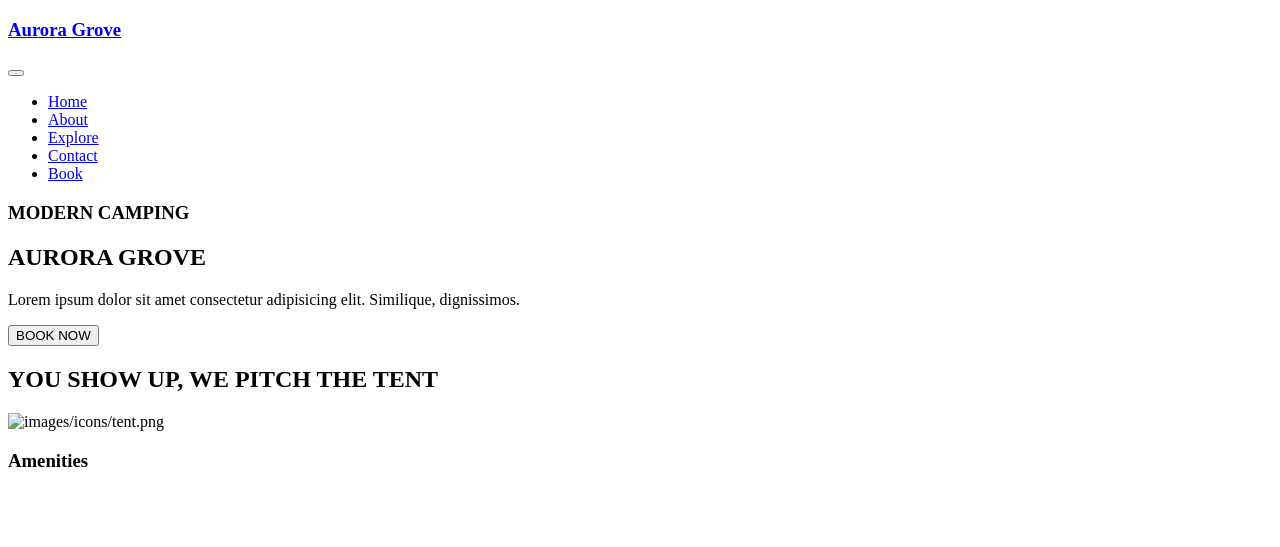
Repository: minhtien9/AuroraGrove
Page: index.html
An editor plug-in stored every save of this project. The page is shown before and after the next save, followed by the edit.
The browser window is 1280 px wide. The pictures show the whole page.
The style sheet was rebuilt from its Sass, Less or Tailwind sources for each picture, by a compiler version that may differ from the author's.

Above is the page before, as saved 2021-12-04 13:37:56.

After the next save:
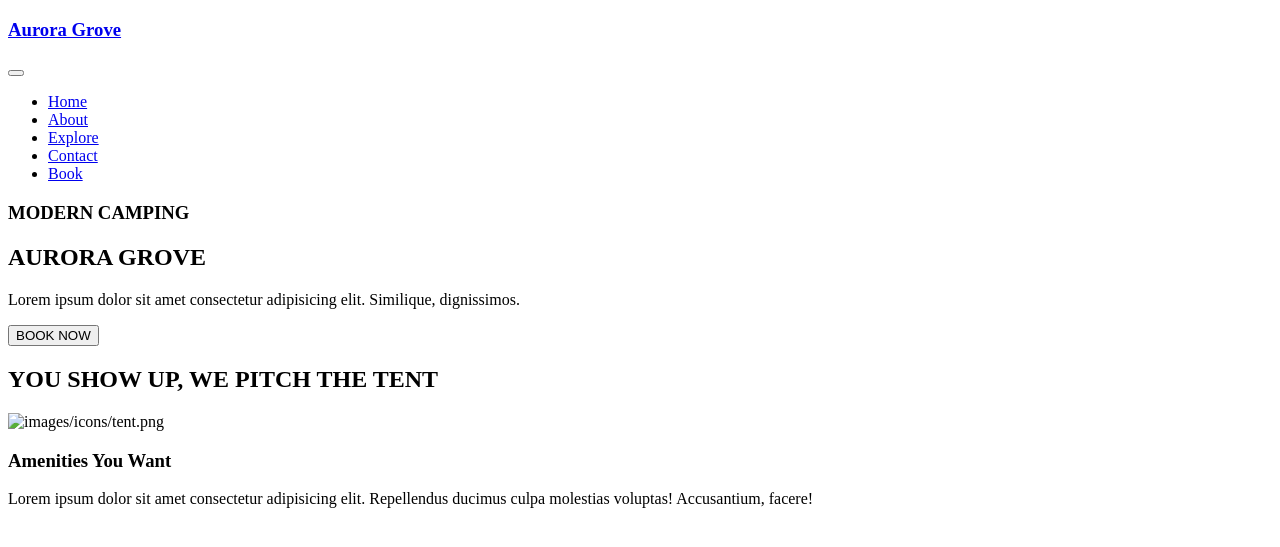
Saved 15 s later.
--- a/index.html
+++ b/index.html
@@ -94,7 +94,12 @@
                             alt="images/icons/tent.png"
                             class="img-fluid"
                         />
-                        <h3>Amenities</h3>
+                        <h3>Amenities You Want</h3>
+                        <p class="lead">
+                            Lorem ipsum dolor sit amet consectetur adipisicing
+                            elit. Repellendus ducimus culpa molestias voluptas!
+                            Accusantium, facere!
+                        </p>
                     </div>
                 </div>
             </div>
